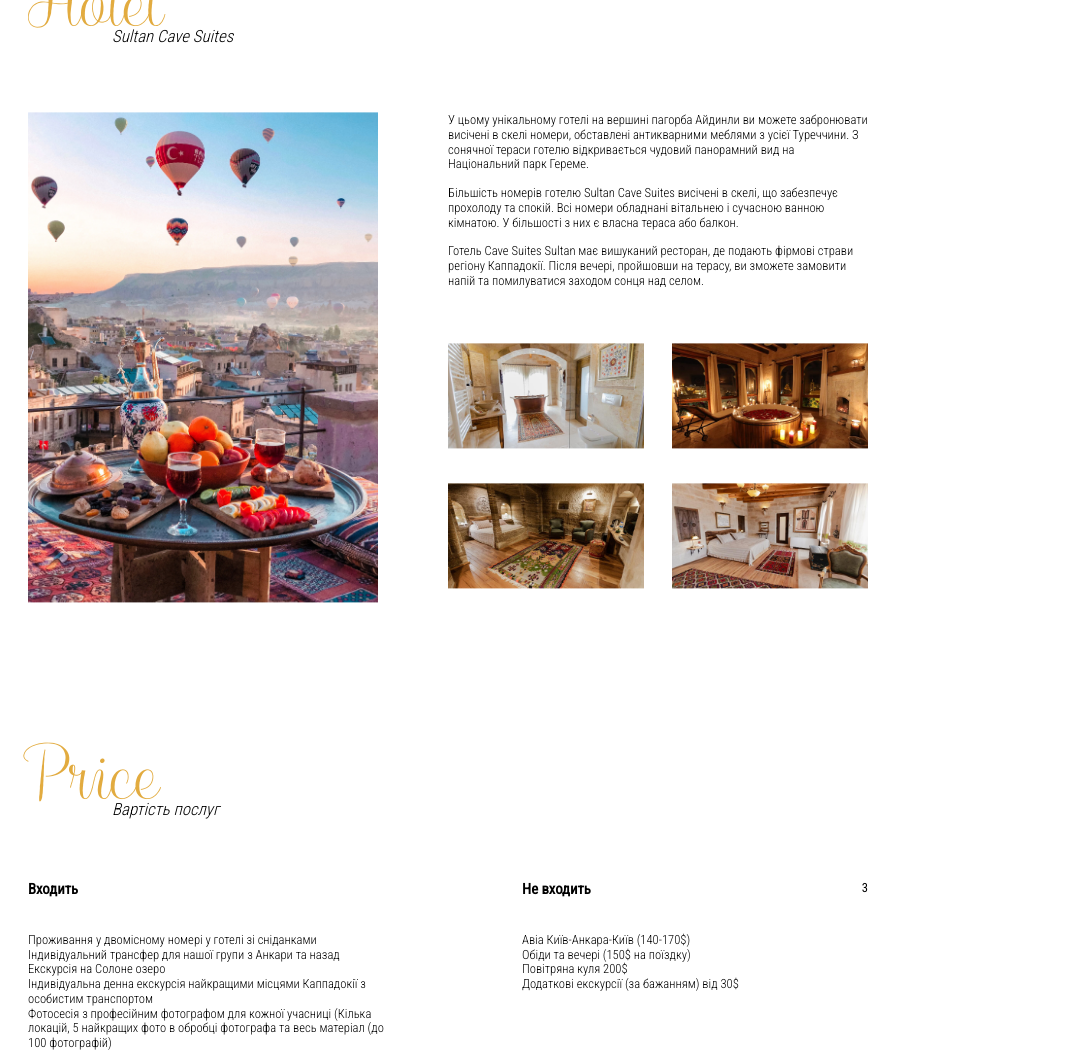
Repository: KYUUBI-K/cappadocia
Page: index.html
These files come from the project's save history. The page is drawn as it stood at one moment and after the next save; the edit follows.
The browser window is 1280 px wide. The page is 1540 px wide, so the pictures cover 1540 px, including what lies to the right of the window. The pictures show the part of the page from y = 3371 to 4971 px (the page is 4871 px tall before and 4971 px after), at 70% of full size.

Above is the page before, as saved 2025-08-21 19:23:30.

### index.html
<!DOCTYPE html>
<html lang="en">
  <head>
    <meta charset="UTF-8" />
    <meta name="viewport" content="width=device-width, initial-scale=1.0" />
    <title>Cappadocia</title>
    <link rel="stylesheet" href="./styles.css" />
  </head>
  <body>
    <header class="header">
      <div class="wrapper">
        <nav class="header-menu">
          <ul class="header-menu-list">
            <li class="header-menu-item">
              <a class="header-menu-link" href="#route">Маршрут</a>
            </li>
            <li class="header-menu-item">
              <a class="header-menu-link" href="#hotel">Готель</a>
            </li>
            <li class="header-menu-item">
              <a class="header-menu-link" href="#price">Вартість</a>
            </li>
          </ul>
          <div class="telephone">
            <svg
              class="phone-icon"
              width="30"
              height="30"
              viewBox="0 0 30 30"
              fill="none"
              xmlns="http://www.w3.org/2000/svg"
            >
              <g clip-path="url(#clip0_31_0)">
                <path
                  d="M23.7091 18.5839C23.0949 17.9444 22.3541 17.6025 21.569 17.6025C20.7902 17.6025 20.0431 17.9381 19.4036 18.5776L17.4027 20.5721C17.2381 20.4835 17.0735 20.4011 16.9152 20.3188C16.6873 20.2049 16.472 20.0972 16.2884 19.9832C14.4142 18.7929 12.7109 17.2416 11.0774 15.2345C10.2859 14.2341 9.75404 13.3919 9.36781 12.5372C9.88701 12.0623 10.3682 11.5684 10.8368 11.0935C11.0141 10.9162 11.1913 10.7326 11.3686 10.5553C12.6983 9.22568 12.6983 7.50346 11.3686 6.1738L9.64007 4.44525C9.44379 4.24896 9.24117 4.04635 9.05122 3.84373C8.67132 3.45117 8.27242 3.04594 7.86086 2.66604C7.24669 2.05819 6.51221 1.73528 5.73974 1.73528C4.96727 1.73528 4.22013 2.05819 3.58696 2.66604C3.58063 2.67237 3.58063 2.67237 3.5743 2.6787L1.42152 4.85047C0.61106 5.66093 0.148846 6.64868 0.0475384 7.79472C-0.104423 9.64358 0.440104 11.3658 0.857997 12.4928C1.88373 15.2598 3.41601 17.8241 5.70175 20.5721C8.47504 23.8836 11.8118 26.4986 15.6235 28.3411C17.0798 29.0313 19.0237 29.848 21.1954 29.9873C21.3284 29.9937 21.4677 30 21.5943 30C23.057 30 24.2853 29.4745 25.2477 28.4297C25.2541 28.4171 25.2667 28.4107 25.2731 28.3981C25.6023 27.9992 25.9822 27.6383 26.3811 27.252C26.6534 26.9924 26.932 26.7202 27.2042 26.4353C27.8311 25.7831 28.1603 25.0233 28.1603 24.2445C28.1603 23.4594 27.8247 22.7059 27.1852 22.0727L23.7091 18.5839ZM25.9759 25.2512C25.9695 25.2512 25.9695 25.2576 25.9759 25.2512C25.7289 25.5172 25.4757 25.7578 25.2034 26.0237C24.7918 26.4163 24.374 26.8278 23.9814 27.29C23.3419 27.9739 22.5884 28.2968 21.6007 28.2968C21.5057 28.2968 21.4044 28.2968 21.3094 28.2904C19.4289 28.1701 17.6813 27.4357 16.3707 26.8088C12.7869 25.0739 9.64007 22.6109 7.02508 19.4894C4.86597 16.887 3.42234 14.481 2.46625 11.8977C1.8774 10.3211 1.66212 9.09272 1.7571 7.93401C1.82042 7.19321 2.10534 6.57903 2.63087 6.0535L4.78999 3.89439C5.10024 3.60313 5.42949 3.44484 5.75241 3.44484C6.1513 3.44484 6.47422 3.68544 6.67683 3.88806C6.68317 3.89439 6.6895 3.90072 6.69583 3.90705C7.08206 4.26796 7.4493 4.64153 7.83554 5.04043C8.03182 5.24304 8.23443 5.44565 8.43705 5.6546L10.1656 7.38316C10.8368 8.05432 10.8368 8.67482 10.1656 9.34599C9.98198 9.5296 9.8047 9.71322 9.62108 9.89051C9.08921 10.435 8.58268 10.9416 8.03182 11.4354C8.01916 11.4481 8.00649 11.4544 8.00016 11.4671C7.45563 12.0116 7.55694 12.5435 7.67091 12.9044C7.67724 12.9234 7.68358 12.9424 7.68991 12.9614C8.13946 14.0504 8.77263 15.0762 9.73505 16.2982L9.74138 16.3045C11.4889 18.4573 13.3315 20.1352 15.3639 21.4205C15.6235 21.5852 15.8895 21.7181 16.1427 21.8448C16.3707 21.9587 16.586 22.0664 16.7696 22.1804C16.7949 22.193 16.8202 22.212 16.8456 22.2247C17.0608 22.3323 17.2634 22.383 17.4724 22.383C17.9979 22.383 18.3272 22.0537 18.4348 21.9461L20.6003 19.7806C20.8155 19.5654 21.1574 19.3058 21.5563 19.3058C21.9489 19.3058 22.2718 19.5527 22.4681 19.768C22.4744 19.7743 22.4744 19.7743 22.4808 19.7806L25.9695 23.2694C26.6217 23.9152 26.6217 24.5801 25.9759 25.2512Z"
                  fill="black"
                />
                <path
                  d="M16.2124 7.13621C17.8713 7.41481 19.3782 8.19994 20.5813 9.40296C21.7843 10.606 22.5631 12.1129 22.848 13.7718C22.9176 14.1897 23.2786 14.481 23.6901 14.481C23.7408 14.481 23.7851 14.4747 23.8357 14.4683C24.3043 14.3923 24.6145 13.9491 24.5386 13.4806C24.1966 11.4734 23.2469 9.64357 21.7969 8.19361C20.347 6.74365 18.5171 5.79389 16.51 5.45198C16.0414 5.376 15.6045 5.68625 15.5222 6.14847C15.4399 6.61068 15.7438 7.06023 16.2124 7.13621Z"
                  fill="black"
                />
                <path
                  d="M29.9654 13.2337C29.4019 9.92851 27.8443 6.92095 25.4509 4.52757C23.0575 2.13418 20.05 0.576584 16.7448 0.0130621C16.2826 -0.0692501 15.8457 0.247335 15.7634 0.70955C15.6874 1.1781 15.9977 1.61498 16.4662 1.6973C19.4168 2.1975 22.1078 3.59681 24.2479 5.73059C26.388 7.87071 27.781 10.5617 28.2812 13.5123C28.3508 13.9302 28.7117 14.2214 29.1233 14.2214C29.1739 14.2214 29.2183 14.2151 29.2689 14.2087C29.7311 14.1391 30.0477 13.6959 29.9654 13.2337Z"
                  fill="black"
                />
              </g>
              <defs>
                <clipPath id="clip0_31_0">
                  <rect width="30" height="30" fill="white" />
                </clipPath>
              </defs>
            </svg>
            <div class="number-text">+38(066)555-777-6</div>
          </div>
        </nav>
        <div class="main-title">
          <h1 class="main-title-text">Cappadocia</h1>
          <p class="main-subtitle-text">Ексклюзивний тур</p>
        </div>
      </div>
    </header>

    <section class="about">
      <div class="wrapper">
        <div class="about-title">
          <h2 class="section-title-text">Fairy tail</h2>
          <p class="about-subtitle-text">Казкова країна чудес</p>
        </div>
        <img
          src="./images/Rectangle-about.jpg"
          alt="Hot air balloon"
          class="about-img"
        />
        <div class="about-content">
          <aside class="about-text">
            <!-- prettier-ignore -->
            <p>
            Каппадокія – казкова країна повітряних куль, сирних будиночків,
            різнокольорових долин та чарівних світанків!
            Сюди приїжджають, щоб побачити природні чудеса політати на
            повітряній кулі і, звичайно ж,зробити мільйон красивих фотографій!
          </p>
            <!-- prettier-ignore -->
            <p>
            На учасників туру чекає професійна фотосесія від найкращих
            фотографів Каппадокії!
            Адже саме за чарівними світанками на тлі повітряних куль сюди
            приїжджають люди з усього світу!
          </p>

            <h3>Також Ви побачите:</h3>
            <ul class="about-list">
              <li>Музей на відкритому повітрі у Геремі</li>
              <li>Ущелина Іхлара та монастир Селіме</li>
              <li>Підземні міста</li>
              <li>Фортеця Учхісар</li>
              <li>Зельве та Пашабаг</li>
            </ul>
            <p>та багато інших визначних пам'яток.</p>
            <!-- prettier-ignore -->
            <p>
            Місцева кухня - один із приводів відвідати Каппадокію, тут є ресторани
            на будь-який бюджет.
          </p>
          </aside>
        </div>
      </div>
    </section>

    <section class="route" id="route">
      <div class="wrapper">
        <div class="route-title">
          <h2 class="section-title-text">Our trip</h2>
          <p class="route-subtitle-text">Маршрут</p>
        </div>
        <img
          src="./images/Rectangle-route.png"
          alt="Route map"
          class="route-img"
        />
        <div class="route-content">
          <aside class="route-text">
            <div class="day">
              <h3>День 1</h3>
              <ul>
                <li>Виліт з Києва</li>
                <li>Трансфер до Каппадокії</li>
                <li>Поселення в готель</li>
                <li>Вечірня фотосесія</li>
              </ul>
            </div>

            <div class="day">
              <h3>День 2</h3>
              <ul>
                <li>Фотосесія</li>
                <li>Сніданок у готелі</li>
                <li>Денний тур Каппадокією</li>
                <li>Захід сонця з панорамним видом</li>
              </ul>
            </div>

            <div class="day">
              <h3>День 3</h3>
              <ul>
                <li>Політ на повітряній кулі</li>
                <li>Сніданок у готелі</li>
                <li>Екскурсії на вибір</li>
              </ul>
            </div>

            <div class="day">
              <h3>День 4</h3>
              <ul>
                <li>Вільний час, шопінг</li>
                <li>Трансфер до Анкари</li>
                <li>Виліт до Києва</li>
              </ul>
            </div>
            <button type="button" class="reservation">Забронювати</button>
          </aside>
        </div>
      </div>
    </section>
    <section class="hotel" id="hotel">
      <div class="wrapper">
        <div class="hotel-title">
          <h2 class="section-title-text">Hotel</h2>
          <p class="hotel-subtitle-text">Sultan Cave Suites</p>
        </div>

        <div class="hotel-content">
          <img
            src="./images/Rectangle-hotel.jpg"
            alt="Hot air balloon"
            class="hotel-img"
          />
          <aside class="hotel-side-right">
            <div class="hotel-text">
              <!-- prettier-ignore -->
              <p>
              У цьому унікальному готелі на вершині пагорба Айдинли ви можете забронювати
              висічені в скелі номери, обставлені антикварними меблями з усієї Туреччини. З
              сонячної тераси готелю відкривається чудовий панорамний вид на
              Національний парк Гереме.
            </p>
              <!-- prettier-ignore -->
              <p>
              Більшість номерів готелю Sultan Cave Suites висічені в скелі, що забезпечує
              прохолоду та спокій. Всі номери обладнані вітальнею і сучасною ванною
              кімнатою. У більшості з них є власна тераса або балкон.
            </p>
              <!-- prettier-ignore -->
              <p>
              Готель Cave Suites Sultan має вишуканий ресторан, де подають фірмові страви
              регіону Каппадокії. Після вечері, пройшовши на терасу, ви зможете замовити
              напій та помилуватися заходом сонця над селом.
            </p>
            </div>

            <div class="hotel-images-list">
              <img
                src="./images/Rectangle-hotel1.jpg"
                alt="Hotel room"
                class="hotel-image"
              />
              <img
                src="./images/Rectangle-hotel2.jpg"
                alt="Hotel room"
                class="hotel-image"
              />
              <img
                src="./images/Rectangle-hotel3.jpg"
                alt="Hotel room"
                class="hotel-image"
              />
              <img
                src="./images/Rectangle-hotel4.jpg"
                alt="Hotel room"
                class="hotel-image"
              />
            </div>
          </aside>
        </div>
      </div>
    </section>
    <section class="price" id="price">
      <div class="wrapper">
        <div class="price-title">
          <h2 class="section-title-text">Price</h2>
          <p class="price-subtitle-text">Вартість послуг</p>
        </div>
        <div class="price-content">
          <aside class="price-text-left">
            <h3>Входить</h3>
            <ul class="price-text-list">
              <li>Проживання у двомісному номері у готелі зі сніданками</li>
              <li>Індивідуальний трансфер для нашої групи з Анкари та назад</li>
              <li>Екскурсія на Солоне озеро</li>
              <li>Індивідуальна денна екскурсія найкращими місцями Каппадокії з особистим транспортом</li>
              <li>Фотосесія з професійним фотографом для кожної учасниці
              (Кілька локацій, 5 найкращих фото в обробці фотографа та весь матеріал (до 100 фотографій)</li>
            </ul>
          </aside>
          <aside class="price-text-center">
            <h3>Не входить</h3>
            <ul class="price-text-list">
              <li>Авіа Київ-Анкара-Київ (140-170$)</li>
              <li>Обіди та вечері (150$ на поїздку)</li>
              <li>Повітряна куля 200$</li>
              <li>Додаткові екскурсії (за бажанням) від 30$</li>
            </ul>
          </aside>
          <aside class="price-right">
            3
          </aside>
        </div>

    </section>
  </body>
</html>

### styles.css
@font-face {
  font-family: "Roboto Condensed";
  src: url("./fonts/RobotoCondensed-Light.woff2") format("woff2");
  font-weight: 300;
  font-style: normal;
  font-display: swap;
}

@font-face {
  font-family: "Roboto Condensed";
  src: url("./fonts/RobotoCondensed-Regular.woff2") format("woff2");
  font-weight: 400;
  font-style: normal;
  font-display: swap;
}

@font-face {
  font-family: "Balqis";
  src: url("./fonts/Balqis.woff2") format("woff2");
  font-weight: 400;
  font-style: normal;
  font-display: swap;
}

html {
  box-sizing: border-box;
}
*,
*::before,
*::after {
  box-sizing: inherit;
  margin: 0;
  padding: 0;
}

:root {
  --color-dark: #000000;
  --color-light: #ffffff;
  --color-gray: #e5e5e5;
  --color-orange: #e2ab3f;

  --border: 1px solid var(--color-orange);

  --font-family-base: "Roboto Condensed", sans-serif;
  --font-family-accent: "Balqis", sans-serif;

  --input-height: 50px;
}

li {
  list-style: none;
}

body {
  /* word-wrap: break-word; */
  font-size: 18px;
  font-family: var(--font-family-base);
  background-color: var(--color-light);
  color: var(--color-dark);
}

.header {
  min-height: 100svh;
  background: url("./images/Rectangle.jpg") no-repeat center center;
  background-size: cover;
  background-position: center;
  margin-bottom: 200px;
}
.wrapper {
  margin: 0 auto;
  height: 100%;
  max-width: 1200px;
}

.header-menu {
  display: flex;
  justify-content: space-between;
  align-items: center;
  font-family: var(--font-family-base);
  font-size: 24px;
  font-weight: 400;
  padding-top: 72px;
}
.header-menu-list {
  display: flex;
  column-gap: 45px;
}
.header-menu-link {
  text-decoration: none;
  color: inherit;
}
.telephone {
  display: flex;
  align-items: center;
  column-gap: 10px;
}

.main-title {
  margin-top: 152px;
  text-align: center;
}

.main-title-text {
  font-family: var(--font-family-accent);
  font-size: 250px;
  font-weight: 400;
  line-height: 1;
}

.main-subtitle-text {
  font-family: var(--font-family-base);
  color: var(--color-dark);
  font-weight: 300;
  font-size: 56px;
  line-height: 0;
  font-style: italic;
  transform: translateX(25%);
}

.about {
  margin-bottom: 200px;
  position: relative;
}

.about-title {
  margin-bottom: 100px;
}

.section-title-text {
  font-family: var(--font-family-accent);
  font-weight: 400;
  line-height: 1;
  font-size: 96px;
  color: var(--color-orange);
}

.about-subtitle-text {
  font-family: var(--font-family-base);
  font-weight: 300;
  font-size: 24px;
  font-style: italic;
  line-height: 0;
  transform: translateX(15%);
}

.about-content {
  display: flex;
  justify-content: flex-end;
}

.about-img {
  position: absolute;
  left: 0;
  width: 960px;
  height: 700px;
  object-fit: cover;
  object-position: center;
}
.about-text p {
  font-family: var(--font-family-base);
  font-weight: 300;
  font-size: 18px;
  white-space: pre-line;
  padding-bottom: 50px;
}
.about-list {
  padding-bottom: 50px;
  font-family: var(--font-family-base);
  font-weight: 300;
}

.about-text h3 {
  padding-bottom: 50px;
}

.route {
  position: relative;
  margin-bottom: 200px;
}
.route-title {
  margin-bottom: 108px;
}

.route-subtitle-text {
  transform: translateX(20%);
  font-family: var(--font-family-base);
  font-weight: 300;
  font-size: 24px;
  font-style: italic;
  line-height: 0;
}
.route-content {
  position: relative;
  font-family: var(--font-family-base);
}
.day {
  max-width: 295px;
  margin-bottom: 50px;
}
.route-text {
  font-size: 24px;
  font-weight: 300;
  margin-bottom: 50px;
}
.day h3 {
  margin-bottom: 20px;
}

.reservation {
  border: var(--border);
  text-transform: uppercase;
  font-size: 24px;
  padding: 11px 64px;
  background: none;
}

.route-img {
  position: absolute;
  top: 0;
  right: 0;
  width: 960px;
  height: 1095px;
  object-fit: cover;
  object-position: center;
}

.hotel {
  margin-bottom: 200px;
  position: relative;
}
.hotel-title {
  margin-bottom: 108px;
}
.hotel-subtitle-text {
  transform: translateX(10%);
  font-family: var(--font-family-base);
  font-weight: 300;
  font-size: 24px;
  font-style: italic;
  line-height: 0;
}
.hotel-content {
  display: flex;
  justify-content: space-between;
  column-gap: 100px;
}

.hotel-text {
  margin-bottom: 80px;
}
.hotel-text p {
  margin-bottom: 20px;
  /* white-space: pre-line;  */
  font-family: var(--font-family-base);
  font-size: 18px;
  font-weight: 300;
}
.hotel-img {
  width: 500px;
  height: 700px;
  object-fit: cover;
  object-position: center;
}

.hotel-images-list {
  display: flex;
  flex-wrap: wrap;
  justify-content: space-between;
  row-gap: 50px;
}
.hotel-image {
  width: 280px;
  height: 150px;
  object-fit: cover;
  object-position: center;
}

.price-title {
  margin-bottom: 100px;
}

.price-subtitle-text {
  transform: translateX(10%);
  font-family: var(--font-family-base);
  font-weight: 300;
  font-size: 24px;
  font-style: italic;
  line-height: 0;
}

.price-content {
  display: flex;
  justify-content: space-between;
}
.price-content h3 {
  margin-bottom: 50px;
}
.price-text-list {
  font-family: var(--font-family-base);
  font-weight: 300;
  font-size: 18px;
  max-width: 530px;
}
.price-text h3 {
  margin-bottom: 50px;
}
.price-text li {
  margin-bottom: 20px;
}

@media (max-width: 1040px) {
  .main-title-text {
    font-size: 150px;
  }
  .main-subtitle-text {
    font-size: 46px;
  }
}

@media (max-width: 830px) {
  .header-menu {
    padding-top: 40px;
  }

  .header-menu-list {
    column-gap: 35px;
  }
  .main-title-text {
    font-size: 150px;
  }
  .main-subtitle-text {
    font-size: 36px;
  }
}

@media (max-width: 630px) {
  .header-menu {
    font-size: 18px;
  }
  .header-menu-list {
    column-gap: 20px;
  }
  .telephone {
    column-gap: 5px;
  }
  .phone-icon {
    width: 18px;
    height: 18px;
  }
  .main-title-text {
    font-size: 100px;
  }
  .main-subtitle-text {
    font-size: 26px;
  }
}

@media (max-width: 450px) {
  .header-menu {
    font-size: 15px;
  }
  .header-menu-list {
    column-gap: 15px;
  }
  .telephone {
    column-gap: 3px;
  }
  .phone-icon {
    width: 15px;
    height: 15px;
  }
  .main-title-text {
    font-size: 50px;
  }
  .main-subtitle-text {
    font-size: 15px;
  }
}

After the next save:
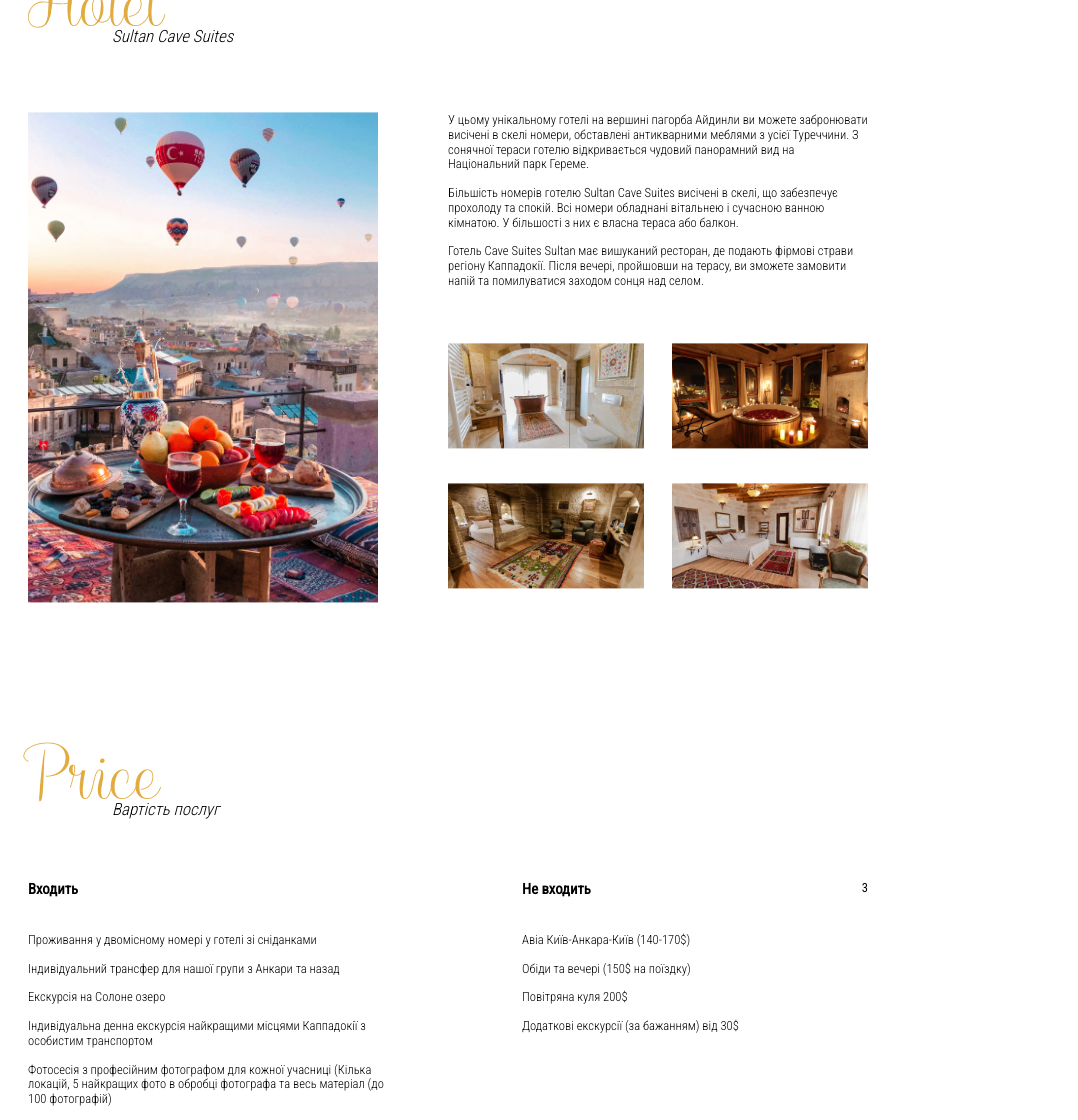
Saved 14 s later.
--- a/styles.css
+++ b/styles.css
@@ -304,7 +304,7 @@ body {
 .price-text h3 {
   margin-bottom: 50px;
 }
-.price-text li {
+.price-text-list li {
   margin-bottom: 20px;
 }
 
